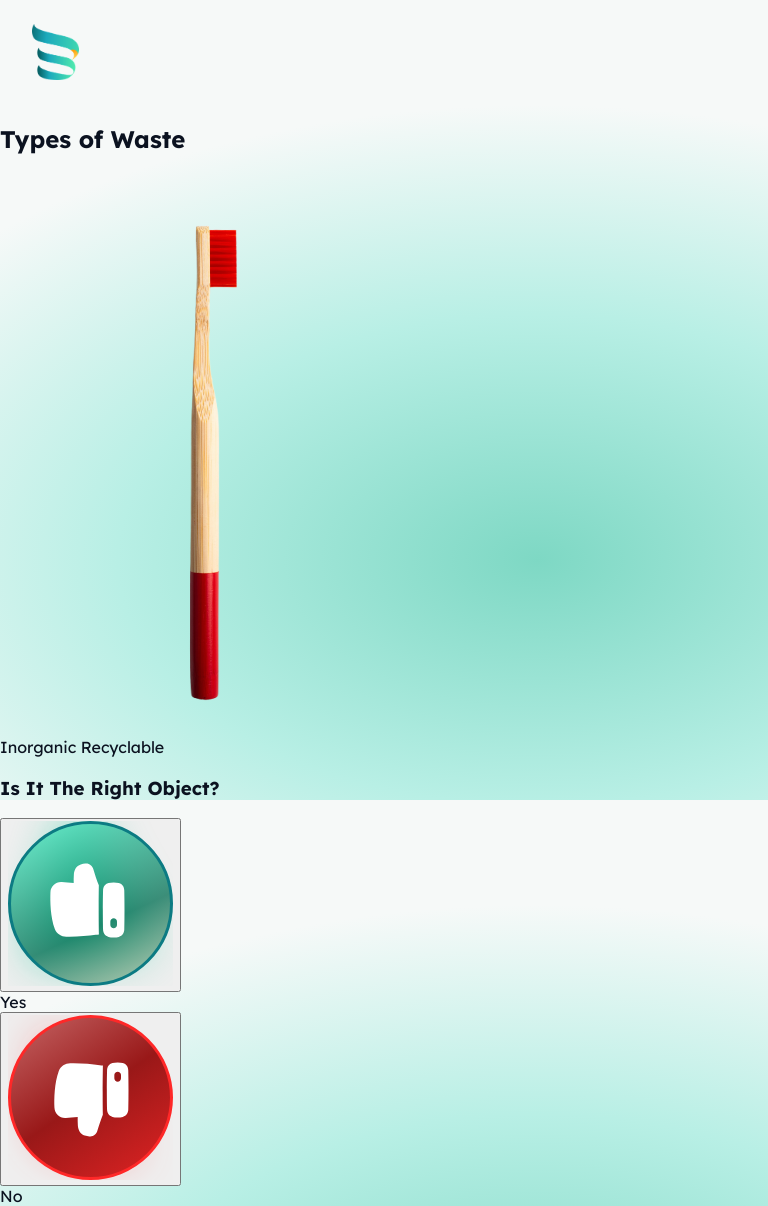
Repository: william-saputra/nusabin
Page: pages/right_object.html
The author's editor kept a copy of each file at every save. The page is drawn from the files as they stood at one save, then again after the next save.
The browser window is 768 px wide. The pictures show the whole page.
Backgrounds fixed to the window are drawn as part of the page.

Above is the page before, as saved 2025-08-13 10:44:17.

### pages/right_object.html
<!DOCTYPE html>
<html lang="en">
  <head>
    <meta charset="UTF-8" />
    <meta name="viewport" content="width=device-width, initial-scale=1.0" />
    <title>Nusabin – Right Object</title>
    <link href="https://fonts.googleapis.com/css2?family=Lexend:wght@400;500;600;700;800&display=swap" rel="stylesheet" />
    <link rel="stylesheet" href="../styles/base.css" />
    <link rel="stylesheet" href="../styles/pages/right_object.css" />
  </head>
  <body>
    <header class="topbar">
      <img class="logo" src="../assets/images/green_logo.png" alt="Nusabin" />
      <div class="spacer"></div>
    </header>

    <main class="ro-container">
      <section class="grid">
        <!-- Left: Types of Waste card -->
        <article class="waste-card" aria-labelledby="wasteTitle">
          <h2 id="wasteTitle" class="waste-title">Types of Waste</h2>
          <div class="waste-visual">
            <img class="waste-image" src="../assets/images/toothbrush.png" alt="Toothbrush" />
          </div>
          <div class="waste-label">Inorganic Recyclable</div>
        </article>

        <!-- Right: Heading and Actions -->
        <section class="right-col">
          <h1 class="main-heading">Is It The Right Object?</h1>
          <div class="actions" role="group" aria-label="Answer">
            <div class="action">
              <button class="btn-circle yes" type="button" aria-label="Yes">
                <img src="../assets/icons/yes.svg" alt="Yes" />
              </button>
              <div class="btn-label">Yes</div>
            </div>

            <div class="action">
              <button class="btn-circle no" type="button" aria-label="No">
                <img src="../assets/icons/no.svg" alt="No" />
              </button>
              <div class="btn-label">No</div>
            </div>
          </div>
        </section>
      </section>
    </main>
  </body>
  </html>

### styles/base.css
:root {
  --bg: #f6f9f8;
  --card: #ffffff;
  --text: #0b1220;
  --muted: #6b7280;
  --primary: #1cb59b;
  --danger: #e53935;
  --warning: #ffb74d;
  --ring: rgba(28, 181, 155, 0.35);
}

* { box-sizing: border-box; }
html, body { height: 100%; }
body {
  margin: 0;
  font-family: Lexend, Inter, system-ui, -apple-system, Segoe UI, Roboto, Helvetica, Arial, "Apple Color Emoji", "Segoe UI Emoji";
  color: var(--text);
  background: radial-gradient(1200px 700px at 70% 70%, #7ed8c4 0%, #b8efe5 35%, #f6f9f8 65%) no-repeat fixed;
}

/* Generic layout */
.homepage { padding: 24px; }
.topbar { display: flex; align-items: center; gap: 16px; }
.spacer { flex: 1 1 auto; }
.logo { height: 56px; }

.theme-toggle { display: flex; align-items: center; gap: 10px; font-weight: 600; }
.theme-toggle .label { opacity: 0.9; }

/* Toggle */
.switch { position: relative; display: inline-block; width: 54px; height: 30px; }
.switch input { display: none; }
.slider { position: absolute; cursor: pointer; top: 0; left: 0; right: 0; bottom: 0; background: #111; transition: .2s; border-radius: 999px; }
.slider:before { position: absolute; content: ""; height: 22px; width: 22px; left: 4px; bottom: 4px; background: #fff; transition: .2s; border-radius: 50%; }
input:checked + .slider { background: #cdd2d6; }
input:checked + .slider:before { transform: translateX(24px); }

/* Alerts */
.alerts { display: grid; grid-template-columns: 1fr; gap: 12px; margin: 18px 0; }
.alert { display: grid; grid-template-columns: auto 1fr auto; align-items: center; gap: 12px; padding: 8px 16px; border-radius: 50px; box-shadow: 0 8px 24px rgba(0,0,0,.06); font-family: Lexend, Inter, sans-serif; border: 1px solid currentColor; }
.alert .text { font-weight: 600; letter-spacing: .2px; }
.alert .close { appearance: none; border: 0; background: transparent; cursor: pointer; opacity: 0.6; font-size: 16px; color: inherit; }
.alert.pill[data-variant="danger"] { color: #FF2828; background: #FFECEC; }
.alert.pill[data-variant="warning"] { color: #EA800E; background: #FFF2E3; }
.alert-icon { flex: 0 0 auto; width: 40px; height: 40px; }

/* Align alerts: left and right margins consistent */
.left-col .alerts, .right-panel .alerts { margin: 16px 8px; }

/* Page bottom glow circle */
.page-bottom-decor { position: fixed; left: 50%; bottom: -180px; transform: translateX(-50%); width: 1200px; height: 1200px; border-radius: 50%; background: radial-gradient(closest-side, rgba(18,184,134,0.35), rgba(18,184,134,0) 70%); filter: blur(12px); pointer-events: none; z-index: -1; }

/* Main layout */
.layout { display: grid; grid-template-columns: 1.35fr 480px; gap: 24px; align-items: start; }
.left-col { display: block; }
.left-grid { display: grid; grid-template-columns: 1.7fr 1fr; gap: 18px; }

.card { background: var(--card); border-radius: 22px; padding: 28px; box-shadow: 0 6px 20px rgba(0,0,0,.06); position: relative; overflow: hidden; }
.card::before, .card::after { content: ""; position: absolute; pointer-events: none; border-radius: 50%; filter: blur(40px); opacity: 0.9; }
.card::before { width: 260px; height: 180px; top: -70px; right: 30px; background: radial-gradient(closest-side, rgba(255,189,57,0.55), rgba(255,189,57,0) 70%); }
.card::after  { width: 220px; height: 160px; top: -50px; left: 40%; transform: translateX(-50%); background: radial-gradient(closest-side, rgba(255,225,149,0.55), rgba(255,225,149,0) 70%); }
.card-buckets { display: block; background: #E2F6EC; min-height: 460px; }
.card-bucket-single { display: block; background: #E2F6EC; min-height: 460px; }

.bucket-group { display: grid; grid-template-columns: 1fr 1fr; gap: 36px; justify-items: center; }
.bucket-item { display: grid; justify-items: center; gap: 10px; }
.bucket-svg { width: 100%; max-width: 240px; height: auto; display: block; }
.bucket-static { pointer-events: none; }

.bucket-metrics { text-align: center; }
.bucket-metrics .percent { font-weight: 800; font-size: 28px; color: #12B886; }
.bucket-metrics .percent.danger { color: #F44336; }
.bucket-metrics .liter { color: #6C757D; font-size: 16px; }

.chip { display: inline-flex; flex-direction: column; align-items: center; gap: 4px; padding: 14px 22px; border-radius: 16px; background: #fff; border: 1.5px solid #0DC798; font-size: 22px; line-height: 1.1; min-height: 52px; min-width: 240px; }
.chip span { color: #6C757D; font-weight: 500; }
.chip strong { font-weight: 700; }
.chip-positive strong { color: #12B886; }
.chip-negative strong { color: #F44336; }
.chip {
  background-image: radial-gradient(circle at 20% 20%, rgba(13, 207, 173, 0.12) 0 20%, rgba(13, 207, 173, 0) 21%),
                    radial-gradient(circle at 80% 60%, rgba(13, 207, 173, 0.12) 0 20%, rgba(13, 207, 173, 0) 21%);
  background-size: 120px 120px, 140px 140px;
}

.chip-2line { font-size: 15px; }

.right-panel { display: grid; grid-template-rows: 1fr auto; gap: 18px; }
.right-panel { background: linear-gradient(180deg, #72c9bd 0%, #3ba79b 35%, #1b6f67 100%); padding: 20px; border-radius: 16px; }
.machine-wrapper { display: grid; place-items: center; background: linear-gradient(180deg, rgba(255,255,255,0.18), rgba(255,255,255,0)); border-radius: 16px; min-height: 400px; box-shadow: inset 0 0 0 1px rgba(255,255,255,0.15); }
.machine { max-width: 100%; height: auto; object-fit: contain; transform: scale(1.3); transform-origin: center; }

.status-panel { background: transparent; border-radius: 16px; padding: 0; display: grid; gap: 16px; }
.status-row { display: flex; align-items: center; justify-content: space-between; padding: 16px 18px; border-radius: 18px; }
.status-row .label { font-weight: 600; font-size: 24px; }
.status-row.variant-dark { background: #1f3b3f; color: #ffffff; }
.status-row.variant-light { background: #ffffff; color: #111; border: 3px solid #22c3a4; box-shadow: 0 8px 24px rgba(0,0,0,.08); }
.status-pill { border-radius: 999px; padding: 10px 22px; font-weight: 600; font-size: 18px; }
.pill-open { background: #f1c24e; color: #ffffff; border: 4px solid #ffffff; box-shadow: 0 2px 0 rgba(0,0,0,.06) inset; }
.pill-on { background: #ecfffb; color: #12b89a; border: 4px solid #12b89a; }

.clickable-area { cursor: pointer; }

/* Decorative half-circle with glow on the left bottom */
.left-col { position: relative; }
.left-col::after { content: ""; position: absolute; left: 50%; transform: translateX(-10%); bottom: -40px; width: 560px; height: 560px; border-bottom-left-radius: 560px; border-bottom-right-radius: 560px; border-top-left-radius: 560px; border-top-right-radius: 560px; background: radial-gradient(closest-side, rgba(28,181,155,0.55), rgba(28,181,155,0) 70%); filter: blur(6px); z-index: -1; }
.left-col::before { content: ""; position: absolute; left: 40%; transform: translateX(-50%); bottom: 20px; width: 380px; height: 220px; border-radius: 380px 380px 0 0; background: radial-gradient(closest-side, rgba(60,220,178,0.7), rgba(60,220,178,0) 70%); filter: blur(20px); z-index: -1; }

/* Dark mode */
.dark body, body.dark { background: radial-gradient(1200px 700px at 70% 70%, #0e3c3b 0%, #0f6b61 35%, #071b1a 65%); color: #e5f6f1; }
body.dark .card, body.dark .status-panel { background: #0a1414; color: #e6f5f1; }
body.dark .chip { background: #08201c; border-color: #0f3f36; }
body.dark .bucket-metrics .percent { color: #55e3c7; }
body.dark .status-row { background: #051010; }
body.dark .status-pill { background: #0b2a26; }

/* Utilities for specific wrappers that shouldn't navigate */
.no-nav { pointer-events: auto; }

@media (max-width: 1100px) {
  .layout { grid-template-columns: 1fr; }
  .right-panel { order: -1; }
}

### styles/pages/right_object.css
:root{
  --brand-green-dark:#0B5F57;
  --card-base:#0DC798; /* requested solid card base */
  --cta:#F6C343;
  --text:#2B2B2B;
}

*{box-sizing:border-box}
html,body{height:100%}
body{margin:0;font-family:Lexend,system-ui,Segoe UI,Roboto,Helvetica,Arial,sans-serif;color:#0b1220}

.container{max-width:1200px;margin:0 auto;padding:0 32px}

/* Topbar (match homepage) */
.topbar{display:flex;align-items:center;gap:16px;padding:24px 32px}
.spacer{flex:1}
.theme-toggle{display:flex;align-items:center;gap:10px;font-weight:600}
.switch{position:relative;display:inline-block;width:48px;height:26px}
.switch input{display:none}
.slider{position:absolute;cursor:pointer;top:0;left:0;right:0;bottom:0;background:#111;border-radius:999px}
.slider:before{content:"";position:absolute;height:20px;width:20px;left:3px;bottom:3px;background:#fff;border-radius:999px}
input:checked + .slider{background:#cdd2d6}
input:checked + .slider:before{transform:translateX(22px)}

/* Layout */
.layout{display:grid;grid-template-columns:1.3fr 420px;gap:32px;align-items:center;max-width:1200px;margin:0 auto;padding:0 32px 32px}
.left{min-height:520px}
.machine-stage{position:relative;display:grid;place-items:center}
.machine{height:540px;max-width:100%;object-fit:contain;position:relative;z-index:1}
.glow{position:absolute;left:10%;bottom:-40px;width:560px;height:300px;border-radius:50%;filter:blur(30px);background:radial-gradient(closest-side, rgba(182,242,215,.9), rgba(182,242,215,0) 70%);z-index:0}

/* Action Card */
.right{display:grid;gap:24px}
.action-card{background:var(--card-base);border-radius:22px;box-shadow:0 12px 30px rgba(16,24,40,0.12);padding:20px;position:relative;overflow:hidden}

/* pattern overlay */
.action-card::before{content:"";position:absolute;inset:0;background:url("../../assets/images/pattern.png") center/cover no-repeat;opacity:.24;pointer-events:none}
/* highlight glow top-right */
.action-card::after{content:"";position:absolute;right:-30px;top:-30px;width:260px;height:180px;border-radius:50%;filter:blur(18px);background:radial-gradient(closest-side, rgba(255,225,149,.45), rgba(255,225,149,0) 70%);pointer-events:none}

.card-body{display:grid;grid-template-columns:1fr auto;gap:20px;align-items:center;position:relative;z-index:1}
.card-left .label{display:inline-block;background:rgba(11,174,155,.6);color:#fff;padding:6px 10px;border-radius:24px;font-weight:600;font-size:12.5px}
.heading{margin:8px 0 0;color:#fff;font-weight:800;font-size:28px;line-height:1.1;text-shadow:0 1px 2px rgba(0,0,0,.15)}

.card-right .icon-box{width:96px;height:96px;border-radius:16px;background:rgba(255,255,255,.08);display:grid;place-items:center;border:2px solid rgba(255,255,255,.9)}
.card-right img{max-width:80%;max-height:80%;object-fit:contain}

.cta{margin-top:16px;width:100%;height:48px;border:none;border-radius:999px;background:var(--cta);color:var(--text);font-weight:700;font-size:16px;cursor:pointer;position:relative;z-index:1;box-shadow:0 6px 16px rgba(240,170,40,.35);transition:transform .15s ease, box-shadow .15s ease}
.cta:hover{transform:translateY(-2px);box-shadow:0 10px 24px rgba(240,170,40,.45)}
.cta:active{transform:translateY(0)}

@media (max-width:980px){
  .layout{grid-template-columns:1fr;gap:24px}
  .left{order:0}
  .right{order:1}
  .machine{height:480px}
}

After the next save:
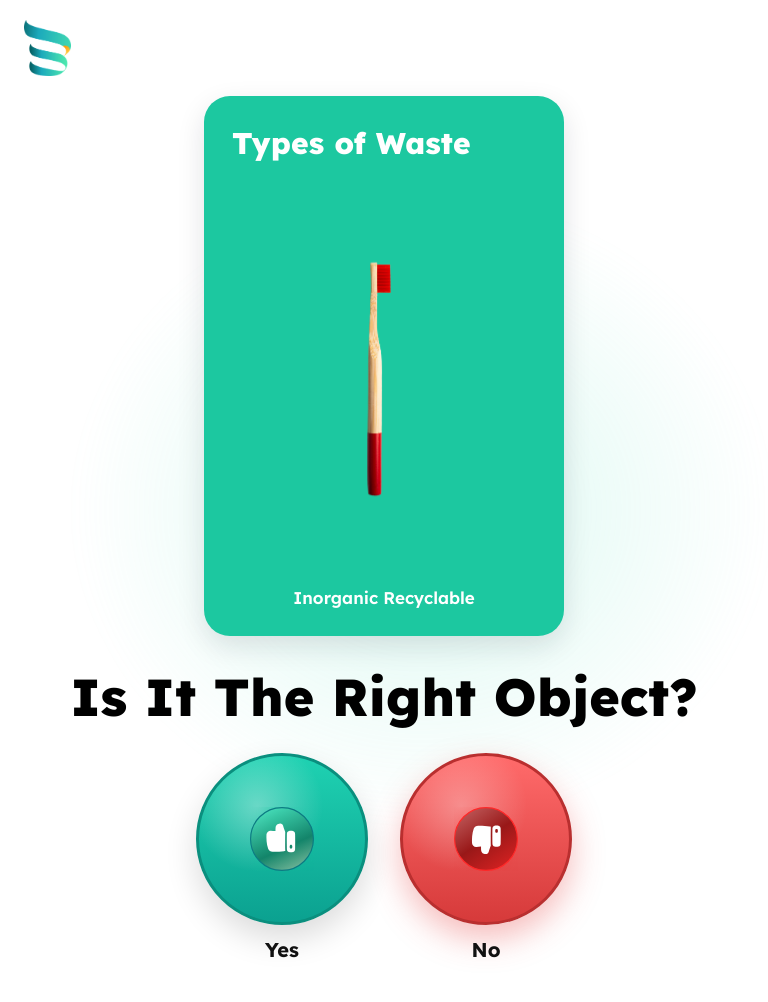
Saved 32 s later.
--- a/styles/pages/right_object.css
+++ b/styles/pages/right_object.css
@@ -1,57 +1,49 @@
 :root{
-  --brand-green-dark:#0B5F57;
-  --card-base:#0DC798; /* requested solid card base */
-  --cta:#F6C343;
-  --text:#2B2B2B;
+  --bg:#ffffff;
+  --teal:#17b7a0;
+  --teal-deep:#0a8f7e;
+  --red:#e64242;
+  --red-ring:#ff7a7a;
+  --card:#1CC8A0;
+  --shadow:0 10px 28px rgba(16,24,40,.12);
 }
 
-*{box-sizing:border-box}
 html,body{height:100%}
-body{margin:0;font-family:Lexend,system-ui,Segoe UI,Roboto,Helvetica,Arial,sans-serif;color:#0b1220}
+body{margin:0;font-family:Lexend,system-ui,Segoe UI,Roboto,Helvetica,Arial,sans-serif;background:#fff}
 
-.container{max-width:1200px;margin:0 auto;padding:0 32px}
+/* Optional subtle bg gradient bottom-right */
+body::after{content:"";position:fixed;right:-20%;bottom:-20%;width:1000px;height:900px;border-radius:50%;background:radial-gradient(closest-side, rgba(125,232,205,.28), rgba(125,232,205,0) 70%);filter:blur(8px);z-index:-1}
 
-/* Topbar (match homepage) */
-.topbar{display:flex;align-items:center;gap:16px;padding:24px 32px}
+.topbar{display:flex;align-items:center;gap:16px;padding:20px 24px}
 .spacer{flex:1}
-.theme-toggle{display:flex;align-items:center;gap:10px;font-weight:600}
-.switch{position:relative;display:inline-block;width:48px;height:26px}
-.switch input{display:none}
-.slider{position:absolute;cursor:pointer;top:0;left:0;right:0;bottom:0;background:#111;border-radius:999px}
-.slider:before{content:"";position:absolute;height:20px;width:20px;left:3px;bottom:3px;background:#fff;border-radius:999px}
-input:checked + .slider{background:#cdd2d6}
-input:checked + .slider:before{transform:translateX(22px)}
 
-/* Layout */
-.layout{display:grid;grid-template-columns:1.3fr 420px;gap:32px;align-items:center;max-width:1200px;margin:0 auto;padding:0 32px 32px}
-.left{min-height:520px}
-.machine-stage{position:relative;display:grid;place-items:center}
-.machine{height:540px;max-width:100%;object-fit:contain;position:relative;z-index:1}
-.glow{position:absolute;left:10%;bottom:-40px;width:560px;height:300px;border-radius:50%;filter:blur(30px);background:radial-gradient(closest-side, rgba(182,242,215,.9), rgba(182,242,215,0) 70%);z-index:0}
+.ro-container{max-width:1240px;margin:0 auto;padding:0 32px 40px}
+.grid{display:grid;grid-template-columns:360px 1fr;gap:64px;align-items:center}
 
-/* Action Card */
-.right{display:grid;gap:24px}
-.action-card{background:var(--card-base);border-radius:22px;box-shadow:0 12px 30px rgba(16,24,40,0.12);padding:20px;position:relative;overflow:hidden}
+/* Waste Card */
+.waste-card{width:360px;min-height:540px;background:var(--card);border-radius:26px;box-shadow:var(--shadow);padding:28px;display:flex;flex-direction:column;color:#fff}
+.waste-title{font-weight:800;font-size:30px;letter-spacing:.2px;margin:0 0 16px}
+.waste-visual{flex:1 1 auto;display:grid;place-items:center}
+.waste-image{max-height:70%;max-width:80%;object-fit:contain}
+.waste-label{text-align:center;font-size:17px;font-weight:600;margin-top:auto;padding-top:16px}
 
-/* pattern overlay */
-.action-card::before{content:"";position:absolute;inset:0;background:url("../../assets/images/pattern.png") center/cover no-repeat;opacity:.24;pointer-events:none}
-/* highlight glow top-right */
-.action-card::after{content:"";position:absolute;right:-30px;top:-30px;width:260px;height:180px;border-radius:50%;filter:blur(18px);background:radial-gradient(closest-side, rgba(255,225,149,.45), rgba(255,225,149,0) 70%);pointer-events:none}
+/* Right column */
+.right-col{display:flex;flex-direction:column;align-items:center;justify-content:center}
+.main-heading{font-weight:800;font-size:52px;line-height:1.1;text-align:center;color:#000;margin:0 0 28px}
+.actions{display:flex;align-items:center;justify-content:center;gap:32px}
+.action{display:flex;flex-direction:column;align-items:center;gap:12px}
 
-.card-body{display:grid;grid-template-columns:1fr auto;gap:20px;align-items:center;position:relative;z-index:1}
-.card-left .label{display:inline-block;background:rgba(11,174,155,.6);color:#fff;padding:6px 10px;border-radius:24px;font-weight:600;font-size:12.5px}
-.heading{margin:8px 0 0;color:#fff;font-weight:800;font-size:28px;line-height:1.1;text-shadow:0 1px 2px rgba(0,0,0,.15)}
+.btn-circle{width:172px;height:172px;border-radius:50%;border:3px solid transparent;display:grid;place-items:center;box-shadow:0 14px 32px rgba(0,0,0,.14);transition:transform .15s ease, box-shadow .15s ease}
+.btn-circle img{width:64px;height:64px}
+.btn-circle:hover{transform:scale(1.03);box-shadow:0 18px 38px rgba(0,0,0,.18);cursor:pointer}
+.btn-circle:active{transform:scale(.98)}
 
-.card-right .icon-box{width:96px;height:96px;border-radius:16px;background:rgba(255,255,255,.08);display:grid;place-items:center;border:2px solid rgba(255,255,255,.9)}
-.card-right img{max-width:80%;max-height:80%;object-fit:contain}
+.btn-circle.yes{background:radial-gradient(120px 120px at 35% 30%, rgba(255,255,255,.35), rgba(255,255,255,0) 55%), linear-gradient(180deg,#1fd2b2,#0ba190); border-color:var(--teal-deep)}
+.btn-circle.no{background:radial-gradient(120px 120px at 35% 30%, rgba(255,255,255,.3), rgba(255,255,255,0) 55%), linear-gradient(180deg,#ff6b6b,#d63a3a); border-color:#b92f2f; box-shadow:0 14px 32px rgba(230,66,66,.35)}
 
-.cta{margin-top:16px;width:100%;height:48px;border:none;border-radius:999px;background:var(--cta);color:var(--text);font-weight:700;font-size:16px;cursor:pointer;position:relative;z-index:1;box-shadow:0 6px 16px rgba(240,170,40,.35);transition:transform .15s ease, box-shadow .15s ease}
-.cta:hover{transform:translateY(-2px);box-shadow:0 10px 24px rgba(240,170,40,.45)}
-.cta:active{transform:translateY(0)}
+.btn-label{font-size:20px;font-weight:700;color:#111}
 
-@media (max-width:980px){
-  .layout{grid-template-columns:1fr;gap:24px}
-  .left{order:0}
-  .right{order:1}
-  .machine{height:480px}
+@media (max-width: 980px){
+  .grid{grid-template-columns:1fr;gap:32px}
+  .waste-card{margin:0 auto}
 }
